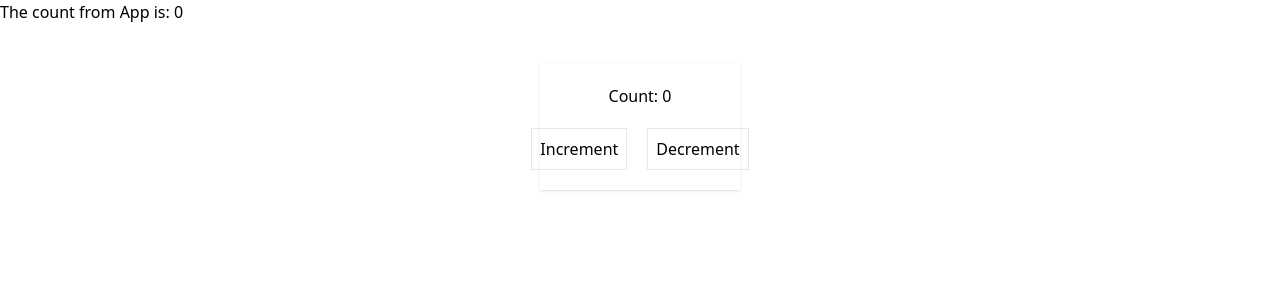
Repository: ngothiep2412/react-redux-course
Page: /
An editor plug-in stored every save of this project. The page is shown before and after a run of saves, followed by the edit.
The browser window is 1280 px wide. The pictures show the whole page.
The project was rebuilt for these pictures with package versions that can differ from the ones it lists, and the page was loaded fresh each time. Also part of the build but not shown: src/App.css.

Above is the page before, as saved 2022-08-08 22:42:17.

### src/index.js
import React from "react";
import { createRoot } from "react-dom/client";
import App from "./App";
import reportWebVitals from "./reportWebVitals";
import "./index.css";
import { Provider } from "react-redux";
import store from "./redux/configureStore";

const container = document.getElementById("root");
const root = createRoot(container);

root.render(
  <React.StrictMode>
    <Provider store={store}>
      <App />
    </Provider>
  </React.StrictMode>
);

// If you want to start measuring performance in your app, pass a function
// to log results (for example: reportWebVitals(console.log))
// or send to an analytics endpoint. Learn more: https://bit.ly/CRA-vitals
reportWebVitals();

### src/App.js
import React, { useState } from "react";
import "./App.css";
import Counter from "./components/Counter";
import { useSelector } from "react-redux";

function App() {
  // const [count, setCount] = useState(0);
  const { count } = useSelector((state) => state.counter);
  return (
    <div>
      <h2>The count from App is: {count}</h2>
      <Counter></Counter>
    </div>
  );
}

export default App;

### src/redux/configureStore.js
import { createStore, combineReducers } from "redux";
import counterReducer from "./counter";

const reducer = combineReducers({
  // key: value
  counter: counterReducer,
});

const store = createStore(reducer);

export default store;

### src/components/Counter.js
import React from "react";
import { useSelector, useDispatch } from "react-redux";
import { increment } from "../redux/counter";
const Counter = () => {
  const { count } = useSelector((state) => state.counter);
  const dispatch = useDispatch();
  const handleIncrement = () => {
    dispatch(increment());
  };
  const decrement = () => {
    setCount(count - 1);
  };
  return (
    <div className="flex flex-col items-center p-5 bg-white shadow w-[200px] mx-auto mt-10">
      <h2 className="mb-5">Count: {count}</h2>
      <div className="flex items-center justify-center gap-x-5">
        <button
          className="inline-block p-2 border border-gray-200"
          onClick={handleIncrement}
        >
          Increment
        </button>
        <button
          className="inline-block p-2 border border-gray-200"
          onClick={decrement}
        >
          Decrement
        </button>
      </div>
    </div>
  );
};

export default Counter;

### src/redux/counter.js
const INCREMENT = "increment";

const initialState = {
  count: 0,
};

export const increment = () => ({
  type: INCREMENT,
});

function counterReducer(state = initialState, action) {
  switch (action.type) {
    case INCREMENT:
      return {
        ...state,
        count: state.count + 1,
      };

    default:
      return state;
  }
}

export default counterReducer;

Loaded but not shown: public/index.html (common file); src/reportWebVitals.js (common file); src/index.css (common file); tailwind.config.js (common file)

After the next 2 saves:
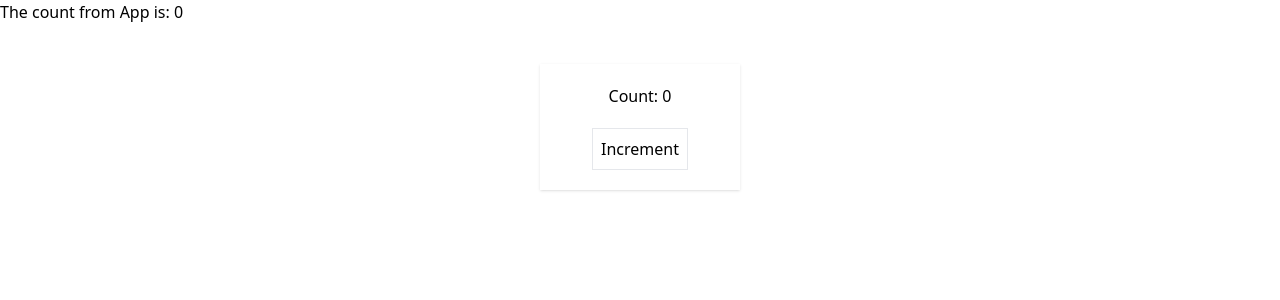
The 2 saves are shown as one change because they came seconds apart.
The last was saved 9 s later.
--- a/src/components/Counter.js
+++ b/src/components/Counter.js
@@ -7,9 +7,9 @@
   const handleIncrement = () => {
     dispatch(increment());
   };
-  const decrement = () => {
-    setCount(count - 1);
-  };
+  // const decrement = () => {
+  //   setCount(count - 1);
+  // };
   return (
     <div className="flex flex-col items-center p-5 bg-white shadow w-[200px] mx-auto mt-10">
       <h2 className="mb-5">Count: {count}</h2>
@@ -20,12 +20,12 @@
         >
           Increment
         </button>
-        <button
+        {/* <button
           className="inline-block p-2 border border-gray-200"
           onClick={decrement}
         >
           Decrement
-        </button>
+        </button> */}
       </div>
     </div>
   );

After the 5 saves that followed:
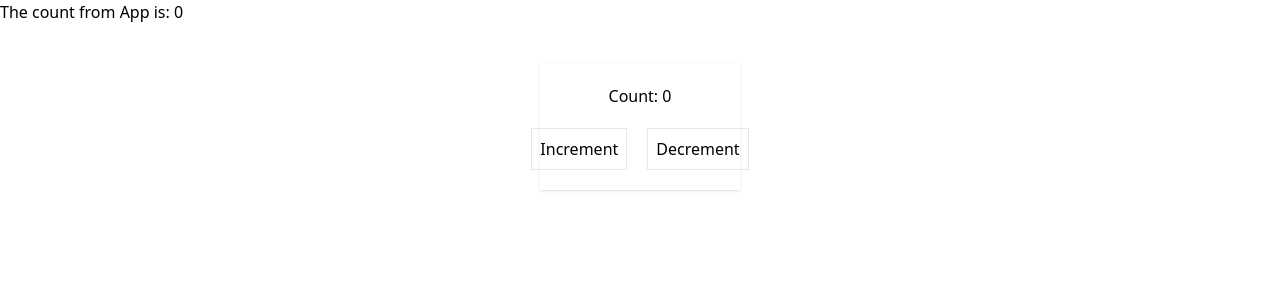
The 5 saves are shown as one change because 2 left the picture as it was and some came seconds apart.
The last was saved 2 min 23 s later.
--- a/src/components/Counter.js
+++ b/src/components/Counter.js
@@ -7,9 +7,7 @@
   const handleIncrement = () => {
     dispatch(increment());
   };
-  // const decrement = () => {
-  //   setCount(count - 1);
-  // };
+  const handleDecrement = () => {};
   return (
     <div className="flex flex-col items-center p-5 bg-white shadow w-[200px] mx-auto mt-10">
       <h2 className="mb-5">Count: {count}</h2>
@@ -20,12 +18,12 @@
         >
           Increment
         </button>
-        {/* <button
+        <button
           className="inline-block p-2 border border-gray-200"
-          onClick={decrement}
+          onClick={handleDecrement}
         >
           Decrement
-        </button> */}
+        </button>
       </div>
     </div>
   );
--- a/src/redux/counter.js
+++ b/src/redux/counter.js
@@ -1,11 +1,15 @@
 const INCREMENT = "increment";
-
+const DECREMENT = "decrement";
 const initialState = {
   count: 0,
 };
 
 export const increment = () => ({
   type: INCREMENT,
+});
+
+export const decrement = () => ({
+  type: DECREMENT,
 });
 
 function counterReducer(state = initialState, action) {
@@ -15,7 +19,11 @@ function counterReducer(state = initialState, action) {
         ...state,
         count: state.count + 1,
       };
-
+    case DECREMENT:
+      return {
+        ...state,
+        count: state.count - 1,
+      };
     default:
       return state;
   }
